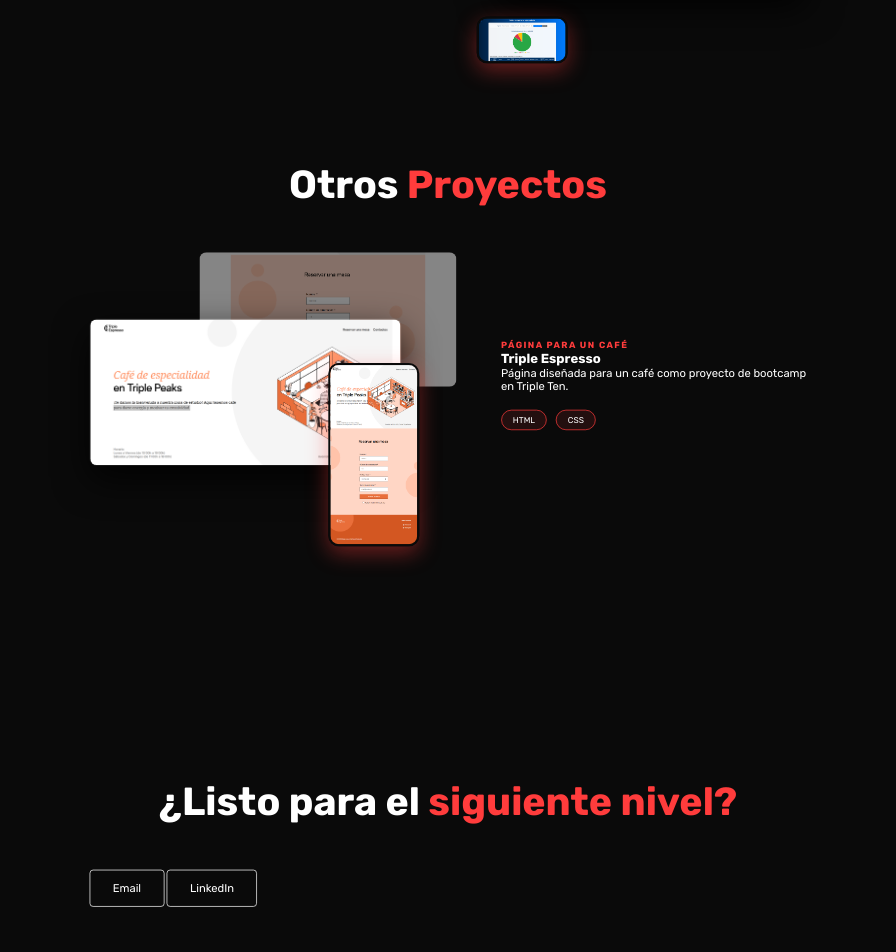
Repository: hercules830/Mi-portfolio-profesional
Page: index.html
The author's editor kept a copy of each file at every save. The page is drawn from the files as they stood at one save, then again after the next save.
The browser window is 1280 px wide. The pictures show the part of the page from y = 2708 to 4628 px (the page is 4068 px tall before and 4628 px after), at 70% of full size.
Some web fonts or font styles are not loaded; a fallback is used.

Above is the page before, as saved 2026-05-30 20:40:29.

After the next save:
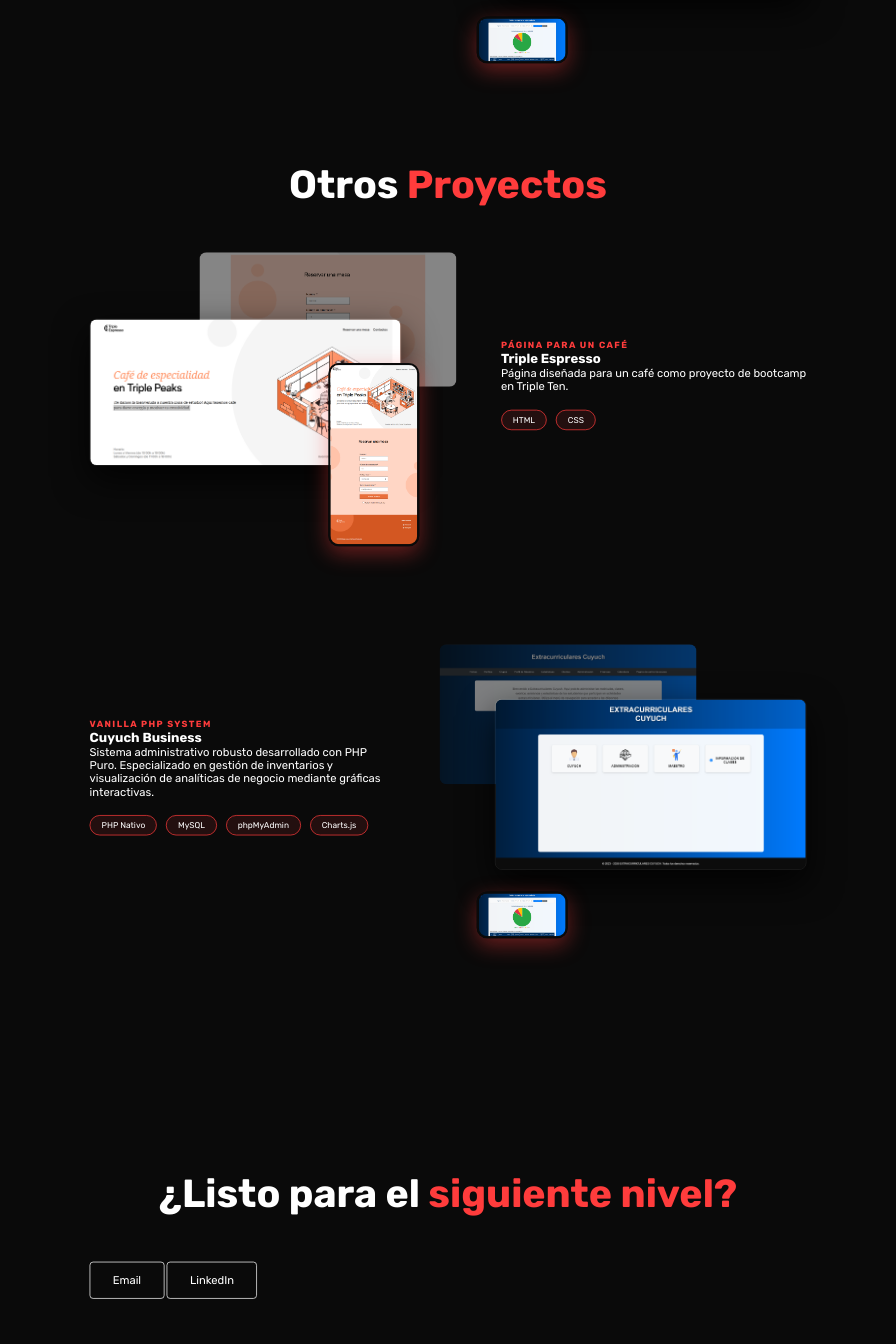
Saved 6 min 45 s later.
--- a/index.html
+++ b/index.html
@@ -177,6 +177,40 @@
           <div class="tech-stack"><span>HTML</span><span>CSS</span></div>
         </div>
       </div>
+
+      <!-- PROYECTO 2: CUYUCH (PHP Puro / Vanilla) -->
+      <div class="featured-project reverse">
+        <div class="featured-info">
+          <span class="tag">Vanilla PHP System</span>
+          <h3>Cuyuch Business</h3>
+          <p>
+            Sistema administrativo robusto desarrollado con PHP Puro.
+            Especializado en gestión de inventarios y visualización de
+            analíticas de negocio mediante gráficas interactivas.
+          </p>
+          <div class="tech-stack">
+            <span>PHP Nativo</span><span>MySQL</span><span>phpMyAdmin</span
+            ><span>Charts.js</span>
+          </div>
+        </div>
+        <div class="featured-img-container">
+          <img
+            src="assets/img/projects/indexCuyuch.png"
+            alt="Cuyuch Home"
+            class="img-lead zoomable"
+          />
+          <img
+            src="assets/img/projects/panelCuyuch.png"
+            alt="Cuyuch Admin"
+            class="img-panel zoomable"
+          />
+          <img
+            src="assets/img/projects/graficaCuyuch.png"
+            alt="Cuyuch Stats"
+            class="img-phone zoomable"
+          />
+        </div>
+      </div>
     </section>
 
     <!-- MODAL PARA ZOOM (Lightbox) -->
